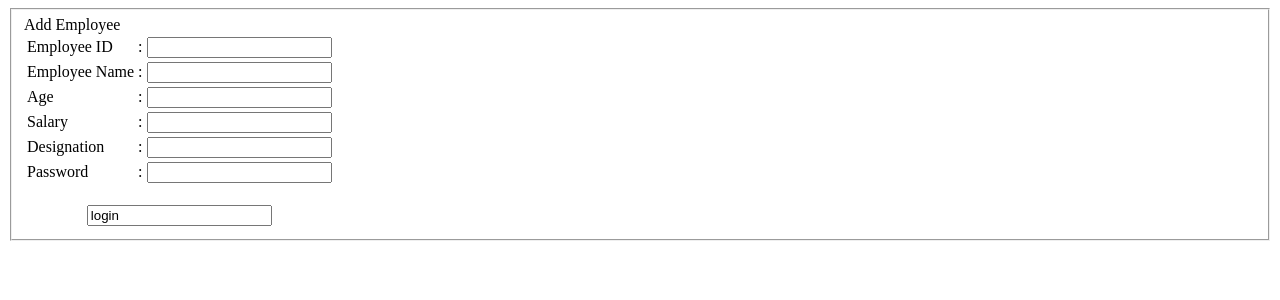
Repository: AbhayaAdarsh/TY_CG_HTD_BANGLORENOVEMBER_JFS_ABHAYAADARSH
Page: Back End/Servlets/mywebapp/src/main/webapp/addEmpForm.html
These files come from the project's save history. The page is drawn as it stood at one moment and after the next save; the edit follows.
The browser window is 1280 px wide. The pictures show the whole page.

Above is the page before, as saved 2019-12-17 10:36:09.

### Back End/Servlets/mywebapp/src/main/webapp/addEmpForm.html
<!DOCTYPE html>
<html>
<head>
<meta charset="ISO-8859-1">
<title>Insert title here</title>
</head>
<body>
<fieldset>
<legand>Add Employee</legand>
<form action="./addEmployee" method="post">
<table>
<tr>
<td>Employee ID</td>
<td>:</td>
<td><input type="number" name="empId" required></td>
</tr>
<tr>
<td>Employee Name</td>
<td>:</td>
<td><input type="text" name="empName" required></td>
</tr>
<tr>
<td>Age</td>
<td>:</td>
<td><input type="number" name="empAge" required></td>
</tr>
<tr>
<td>Salary</td>
<td>:</td>
<td><input type="number" name="empSalary" required></td>
</tr>
<tr>
<td>Designation</td>
<td>:</td>
<td><input type="text" name="designation" required></td>
</tr>
<tr>
<td>Password</td>
<td>:</td>
<td><input type="password" name="password" required></td>
</tr>
<tr>
<td colspan="3" align="center"><br>
<input type="submiyt" value="login">
</td>
</tr>
</fieldset>
</body>
</html>

After the next save:
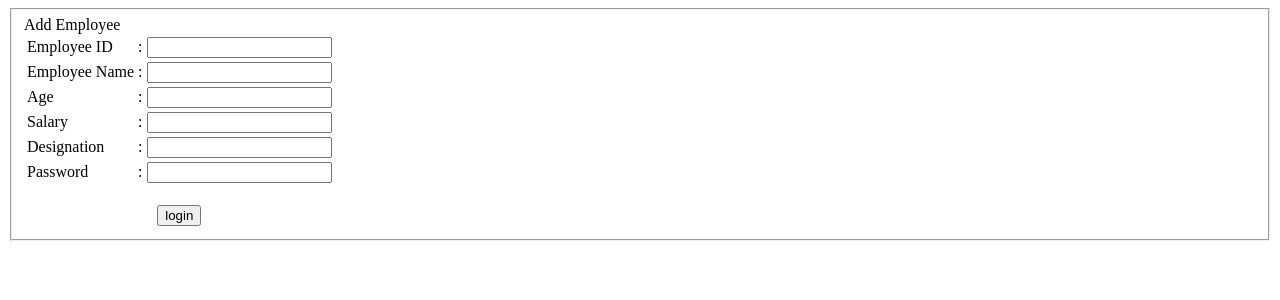
Saved 2 min 21 s later.
--- a/Back End/Servlets/mywebapp/src/main/webapp/addEmpForm.html
+++ b/Back End/Servlets/mywebapp/src/main/webapp/addEmpForm.html
@@ -41,7 +41,7 @@
 </tr>
 <tr>
 <td colspan="3" align="center"><br>
-<input type="submiyt" value="login">
+<input type="submit" value="login">
 </td>
 </tr>
 </fieldset>
